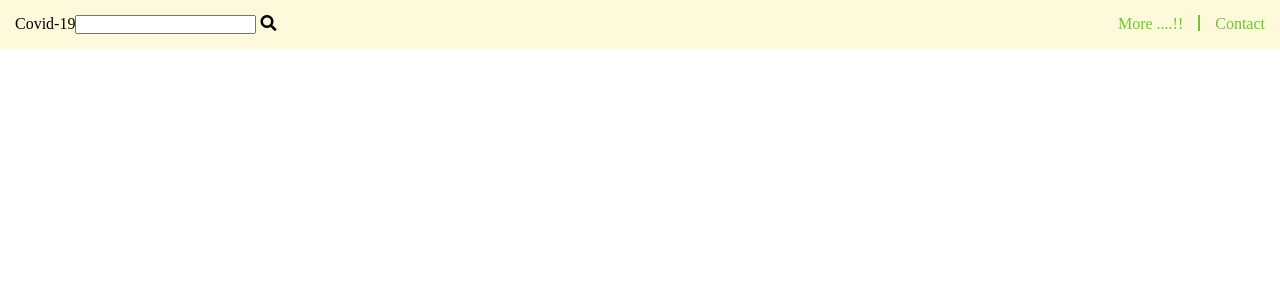
Repository: thuongton98/Covid
Page: html-css-js/index.html
These files come from the project's save history. The page is drawn as it stood at one moment and after the next save; the edit follows.
The browser window is 1280 px wide. The pictures show the whole page.

Above is the page before, as saved 2021-07-01 09:03:09.

After the next save:
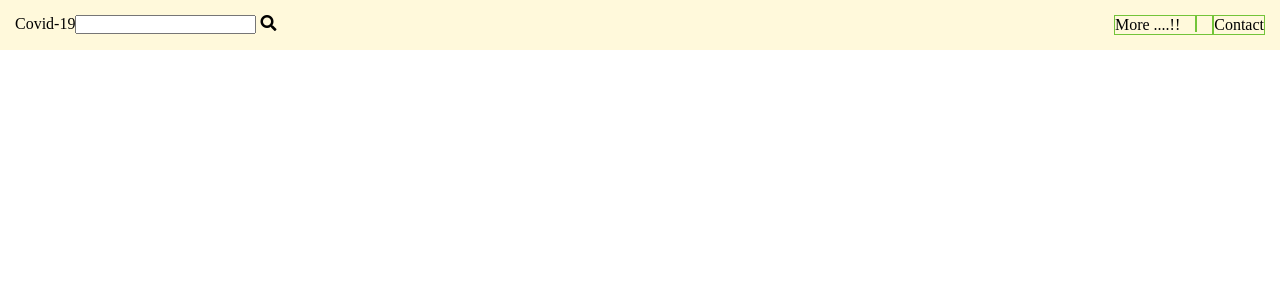
Saved 20 s later.
--- a/html-css-js/styles.css
+++ b/html-css-js/styles.css
@@ -26,7 +26,7 @@
 nav .nav-i li{
     list-style: none;
     padding-right: 15px;
-    color: #73c439;
+    border: 1px solid #73c439;
 }
 
 nav .nav-i li:last-child{
